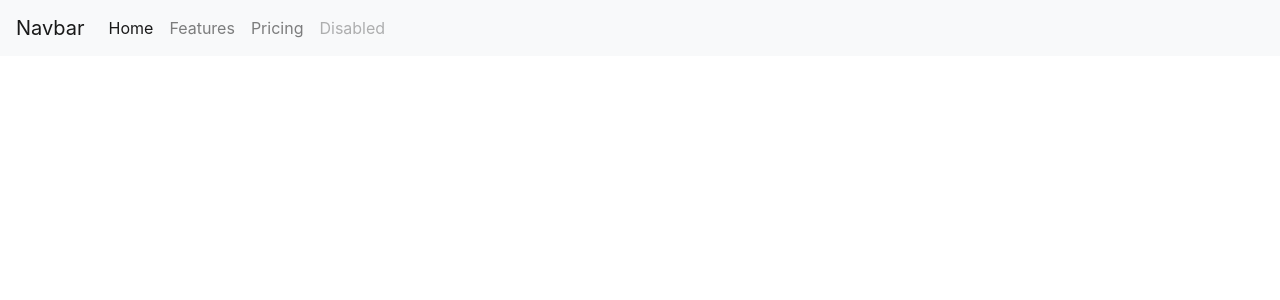
Repository: bjorntirsen/eZorro
Page: /markets
An editor plug-in stored every save of this project. The page is shown before and after the next save, followed by the edit.
The browser window is 1280 px wide. The pictures show the whole page.
The project was rebuilt for these pictures with package versions that can differ from the ones it lists, and the page was loaded fresh each time. Also part of the build but not shown: src/App.css, src/pages/CryptoPage.jsx, src/pages/IndexesPage.jsx, src/pages/LandingPage.jsx, src/pages/MarketPage.jsx.

Above is the page before, as saved 2020-12-10 15:10:59.

After the next save:
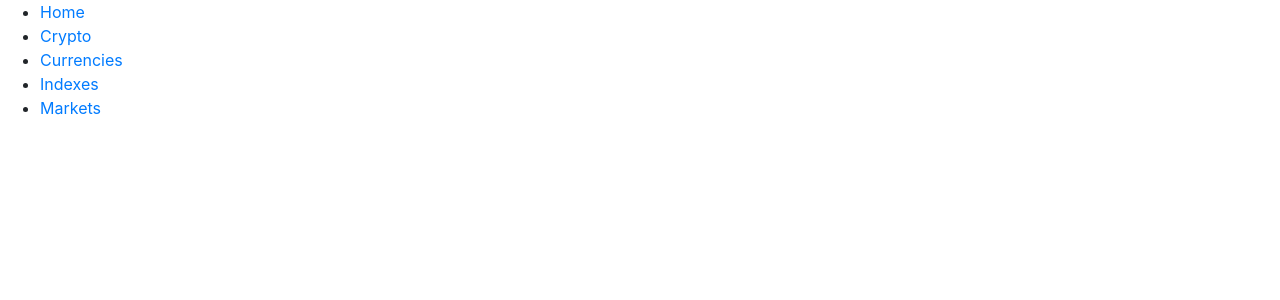
Saved 3 min 3 s later.
--- a/src/components/Navbar.jsx
+++ b/src/components/Navbar.jsx
@@ -1,28 +1,36 @@
 import React from 'react'
+import { Link } from 'react-router-dom'
 
 export default function Navbar() {
     return (
-        <nav class="navbar navbar-expand-lg navbar-light bg-light">
-  <a class="navbar-brand" href="#">Navbar</a>
-  <button class="navbar-toggler" type="button" data-toggle="collapse" data-target="#navbarNav" aria-controls="navbarNav" aria-expanded="false" aria-label="Toggle navigation">
-    <span class="navbar-toggler-icon"></span>
-  </button>
-  <div class="collapse navbar-collapse" id="navbarNav">
-    <ul class="navbar-nav">
-      <li class="nav-item active">
-        <a class="nav-link" href="#">Home <span class="sr-only">(current)</span></a>
-      </li>
-      <li class="nav-item">
-        <a class="nav-link" href="#">Features</a>
-      </li>
-      <li class="nav-item">
-        <a class="nav-link" href="#">Pricing</a>
-      </li>
-      <li class="nav-item">
-        <a class="nav-link disabled" href="#">Disabled</a>
-      </li>
-    </ul>
-  </div>
-</nav>
+        <div>
+            <ul>
+                <li>
+                    <Link>
+                        Home
+                    </Link>
+                </li>
+                <li>
+                    <Link>
+                        Crypto
+                    </Link>
+                </li>
+                <li>
+                    <Link>
+                        Currencies
+                    </Link>
+                </li>
+                <li>
+                    <Link>
+                        Indexes
+                    </Link>
+                </li>
+                <li>
+                    <Link>
+                        Markets
+                    </Link>
+                </li>
+            </ul>
+        </div>
     )
 }
